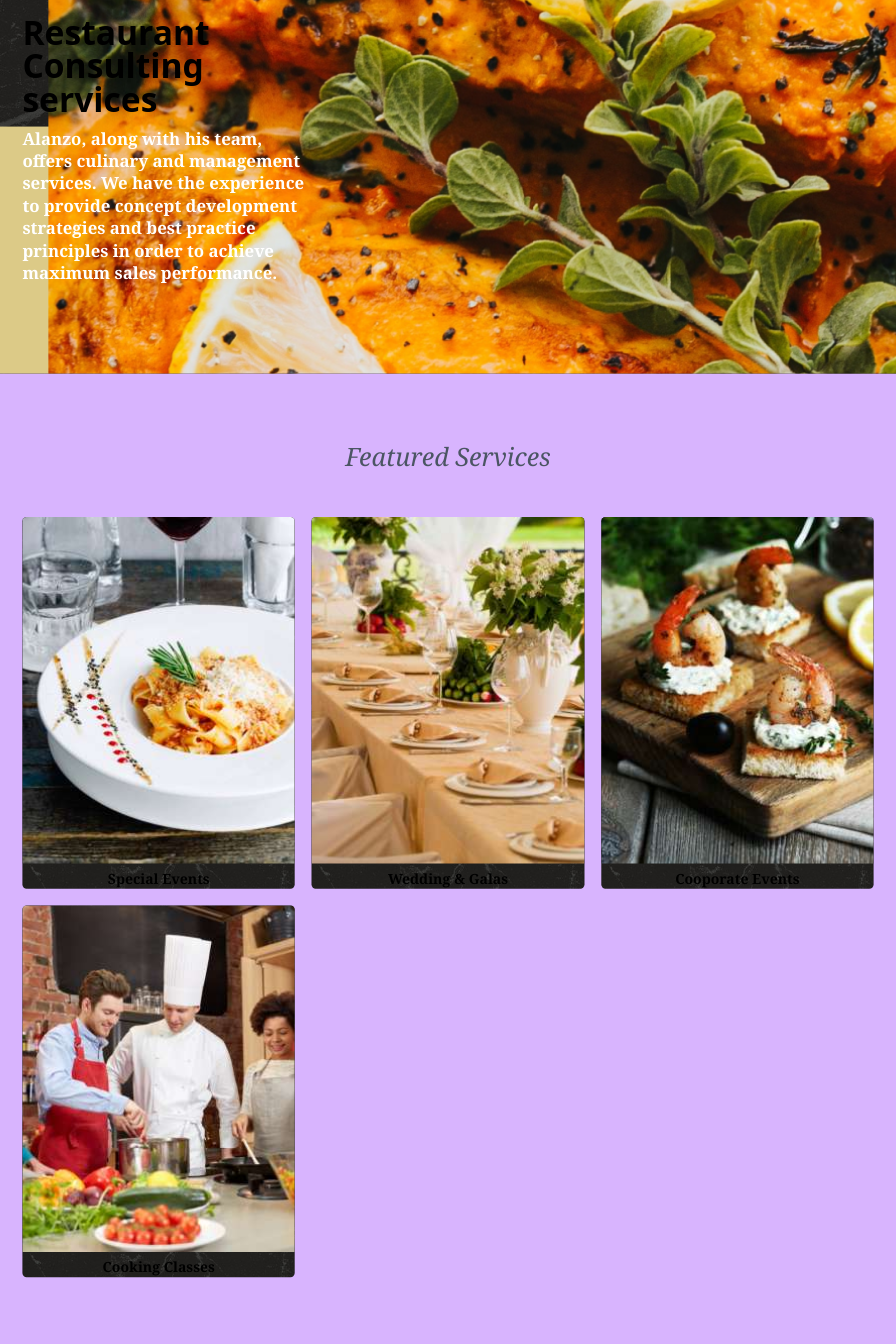
Repository: remydev47/alanzo
Page: /
These files come from the project's save history. The page is drawn as it stood at one moment and after the next save; the edit follows.
The browser window is 1280 px wide. The pictures show the part of the page from y = 2102 to 4022 px (the page is 4022 px tall), at 70% of full size.
The project was rebuilt for these pictures with package versions that can differ from the ones it lists, and the page was loaded fresh each time. The framework's server and built-in components were replaced by stand-ins that run in the browser. Also part of the build but not shown: next.config.js, components/Menu.tsx, components/Testimonials.tsx, components/CTA.tsx, components/Footer.tsx.

Above is the page before, as saved 2022-12-17 13:14:45.

After the next save:
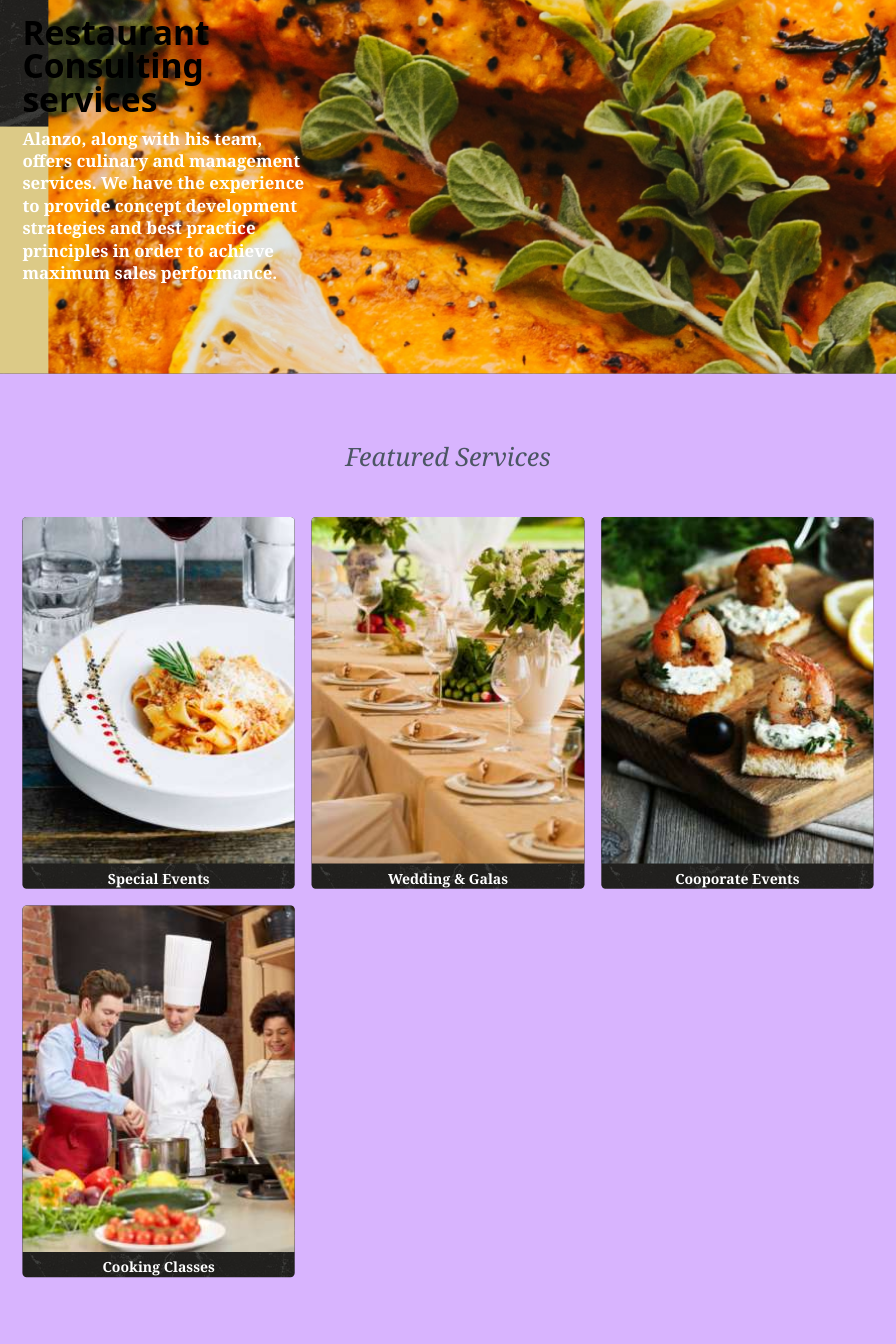
Saved 13 s later.
--- a/components/Catering.tsx
+++ b/components/Catering.tsx
@@ -41,7 +41,7 @@
                className="w-full"
              />
 
-             <h2 className='font-bold font-serif text-xl text-black text-center mt-2'>
+             <h2 className='font-bold font-serif text-xl text-white text-center mt-2'>
                {item.title}
              </h2>
              <p className='text-xl font-serif text-gray-300 text-center '>
